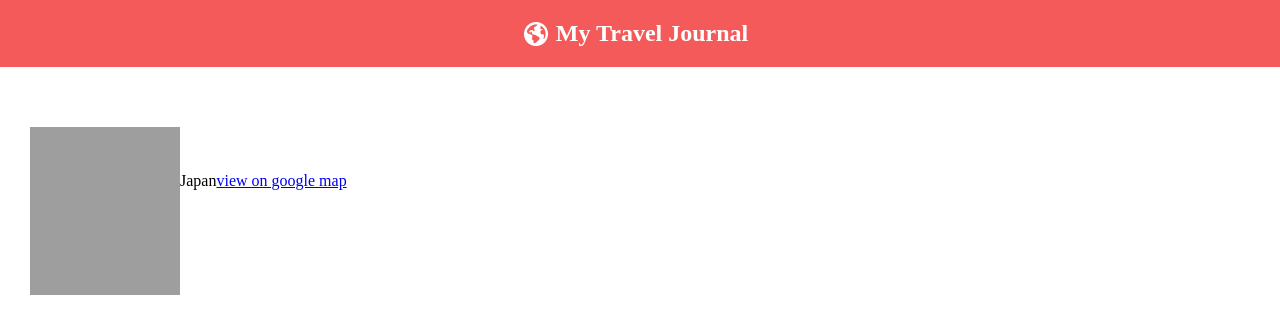
Repository: Richswag009/my-travel-journal
Page: /
These files come from the project's save history. The page is drawn as it stood at one moment and after the next save; the edit follows.
The browser window is 1280 px wide. The pictures show the whole page.
Pictures or frames that could not be fetched are drawn as grey boxes. Some web fonts or font styles are not loaded; a fallback is used. The project was rebuilt for these pictures with package versions that can differ from the ones it lists, and the page was loaded fresh each time. Also part of the build but not shown: src/component/Card.js.

Above is the page before, as saved 2022-06-18 14:12:38.

### public/index.html
<!DOCTYPE html>
<html lang="en">
  <head>
    <meta charset="utf-8" />
    <link rel="icon" href="%PUBLIC_URL%/favicon.ico" />
    <meta name="viewport" content="width=device-width, initial-scale=1" />
    <meta name="theme-color" content="#000000" />
    <meta name="description"content="Web site created using create-react-app"/>
    <link rel="preconnect" href="https://fonts.googleapis.com">
    <link rel="preconnect" href="https://fonts.gstatic.com" crossorigin>
    <link href="https://fonts.googleapis.com/css2?family=Baloo+Thambi+2&family=Poppins:wght@400;500;800&family=Raleway&family=Rubik&display=swap" rel="stylesheet">
    <link rel="apple-touch-icon" href="%PUBLIC_URL%/logo192.png" />
    <link rel="manifest" href="%PUBLIC_URL%/manifest.json" />
    <title>Travel Journal</title>
  </head>
  <body>
    <noscript>You need to enable JavaScript to run this app.</noscript>
    <div id="root"></div>

  </body>
</html>

### src/App.js

import React,{Component} from 'react';
import './App.css';
import Header from './component/Header';
import Hero from './component/Hero';
import Card from './component/Card';
import Data from './Data'

// import Users from './component/users/Users';
class App extends Component{
  render(){
    // const cards =Data.map(items=>{
    //   return(
    //     <Card
    //     key={items.id}
    //    {...items}
    //    />
    //   )
    // })
    return (
      <div className="App">
       <Header/>
       <Hero/>
      </div>
    );
  }
}

export default App;

### src/App.css
*{
    margin: 0;
    padding: 0;
    box-sizing: border-box;
}
nav{
    background-color:#F55A5A;
    display: flex;
    align-items: center;
    padding: 20px 0;
    justify-content: center;
}
nav>h1{
    color: #fff;
    padding: 0 8px;
}.card{
    display: flex;
    align-items: center;
    width: 467px;
    margin-left: 30px;
}
.card-image{
    width:150px ;
    height:168px ;
    margin-top: 60px;
    margin-left:;
}.card-content{
    margin-left: ;
}

### src/component/Header.js
import React, { Component } from 'react'
// import logo from './images/logo.png'
export default class Header extends Component {



    render() {
        return (
            <div>
                <nav>
                < img className='nav-logo' src='./images/fill.png' alt="" />
                <h1>My Travel Journal</h1>
                </nav>
            </div>
        )
    }
}

### src/component/Hero.js
import React, { Component } from 'react'
//  import Group from '../images/Group-77.png'
export default class Hero extends Component {

    render() {
        return (
            < section className='card'>
                <img className='card-image' src=' https://source.unsplash.com/WLxQvbMyfas' alt="" />
                <div className='card-content'>
               <div>
                <span></span>
                <span>Japan</span>
                <span><a href="https://goo.gl/maps/1DGM5WrWnATgkSNB8">view on google map</a></span>
               </div>
                </div>
            </section>
        )
    }
}

### src/Data.js
const Data=[
     [
        {
            title: "Mount Fuji",
            location: "Japan",
            googleMapsUrl: "https://goo.gl/maps/1DGM5WrWnATgkSNB8",
            startDate: "12 Jan, 2021",
            endDate: "24 Jan, 2021",
            description: "Mount Fuji is the tallest mountain in Japan, standing at 3,776 meters (12,380 feet). Mount Fuji is the single most popular tourist site in Japan, for both Japanese and foreign tourists.",
            imageUrl: "https://source.unsplash.com/WLxQvbMyfas"
        },
        {
            title: "Mount Fuji",
            location: "Japan",
            googleMapsUrl: "https://goo.gl/maps/1DGM5WrWnATgkSNB8",
            startDate: "12 Jan, 2021",
            endDate: "24 Jan, 2021",
            description: "Mount Fuji is the tallest mountain in Japan, standing at 3,776 meters (12,380 feet). Mount Fuji is the single most popular tourist site in Japan, for both Japanese and foreign tourists.",
            imageUrl: "https://source.unsplash.com/JmuyB_LibRo"
        },
        {
            title: "Mount Fuji",
            location: "Japan",
            googleMapsUrl: "https://goo.gl/maps/1DGM5WrWnATgkSNB8",
            startDate: "12 Jan, 2021",
            endDate: "24 Jan, 2021",
            description: "Mount Fuji is the tallest mountain in Japan, standing at 3,776 meters (12,380 feet). Mount Fuji is the single most popular tourist site in Japan, for both Japanese and foreign tourists.",
            imageUrl: "https://source.unsplash.com/3PeSjpLVtLg"
        }
    ]
]
export default Data;

// Japan
// https://source.unsplash.com/WLxQvbMyfas

// Australia
// https://source.unsplash.com/JmuyB_LibRo

// Norway
// https://source.unsplash.com/3PeSjpLVtLg

Loaded but not shown: src/index.js (common file)

After the next save:
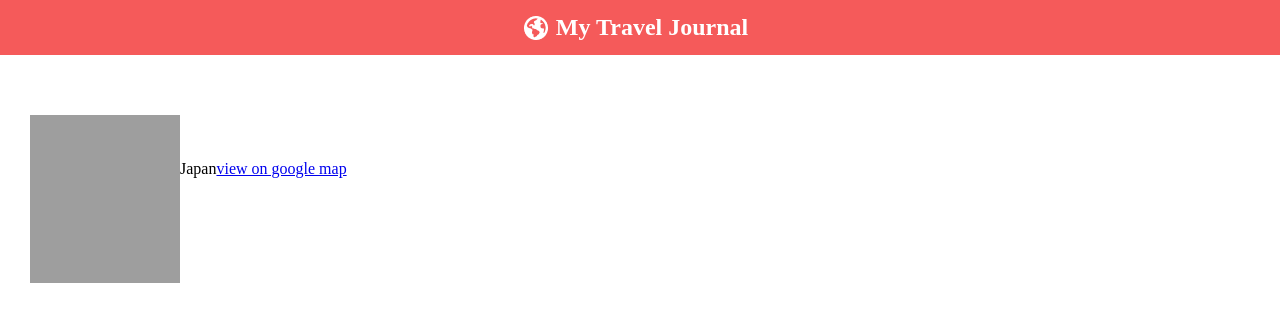
Saved 20 s later.
--- a/src/App.css
+++ b/src/App.css
@@ -7,7 +7,8 @@ nav{
     background-color:#F55A5A;
     display: flex;
     align-items: center;
-    padding: 20px 0;
+    /* padding: 20px 0; */
+    height: 55px;
     justify-content: center;
 }
 nav>h1{
